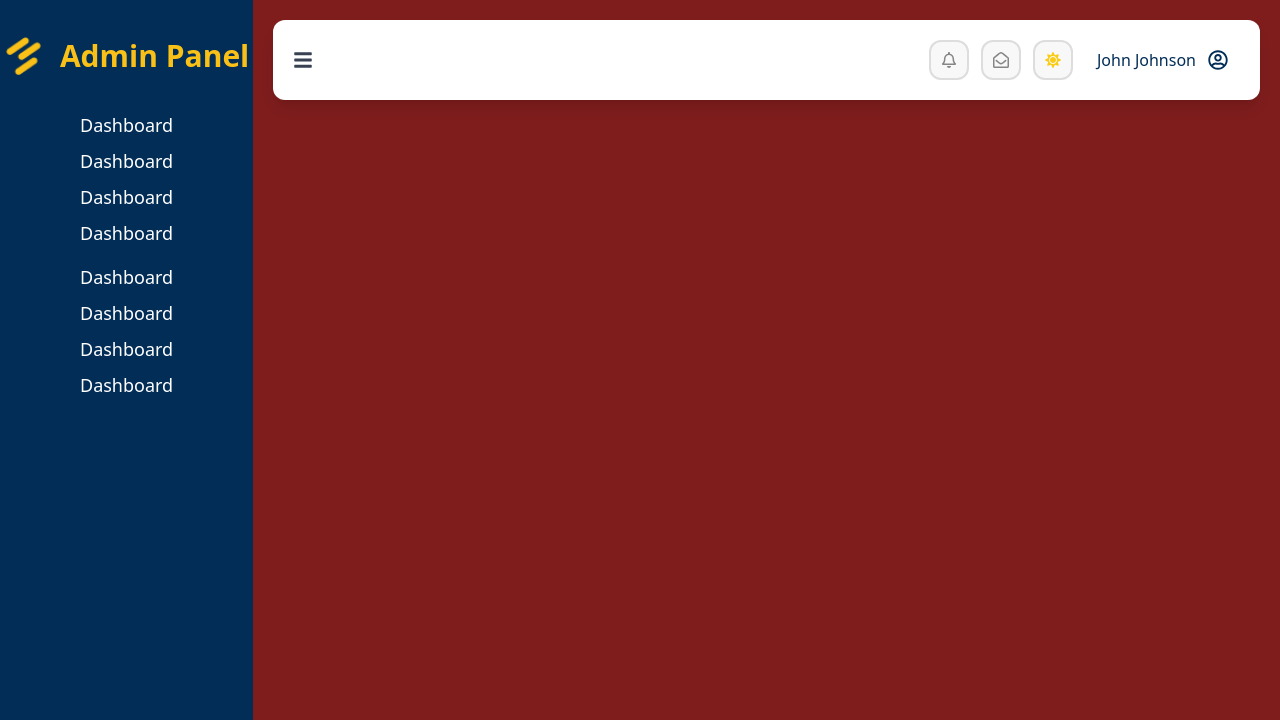
Repository: farrelmuhammad/redesign-bo
Page: /
These files come from the project's save history. The page is drawn as it stood at one moment and after the next save; the edit follows.
The browser window is 1280 px wide. The pictures show the whole page.
The project was rebuilt for these pictures with package versions that can differ from the ones it lists, and the page was loaded fresh each time. Also part of the build but not shown: src/App.css.

Above is the page before, as saved 2024-03-02 19:46:48.

After the next save:
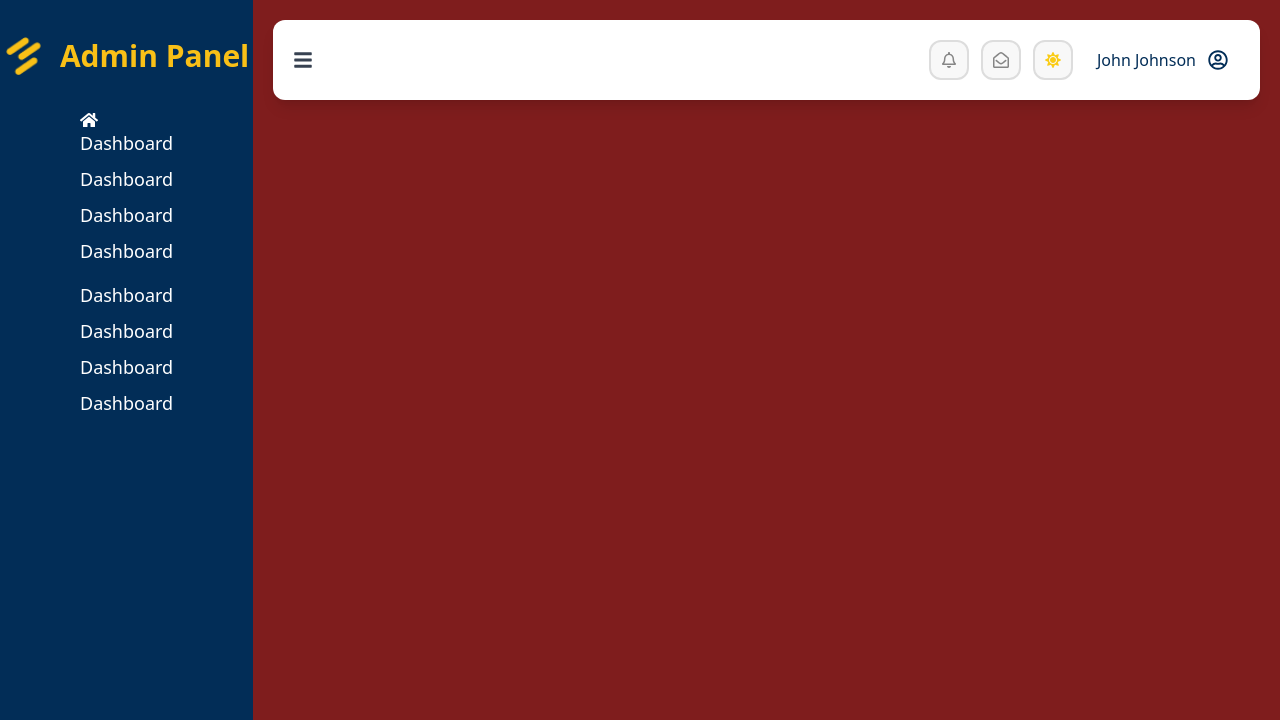
Saved 28 s later.
--- a/src/components/Sidebar.tsx
+++ b/src/components/Sidebar.tsx
@@ -1,5 +1,6 @@
 import React from 'react'
 import Logo from '../assets/images/Logo.png'
+import { FaHome } from 'react-icons/fa'
 
 const Sidebar = () => {
     return (
@@ -10,7 +11,9 @@ const Sidebar = () => {
             </div>
             <div className="flex flex-col h-full w-full justify-start gap-4 items-start py-5 px-20">
                 <ul className='flex flex-col gap-2 font-medium text-lg'>
-                    <li>Dashboard</li>
+                    <li>
+                        <FaHome /> Dashboard
+                    </li>
                     <li>Dashboard</li>
                     <li>Dashboard</li>
                     <li>Dashboard</li>
